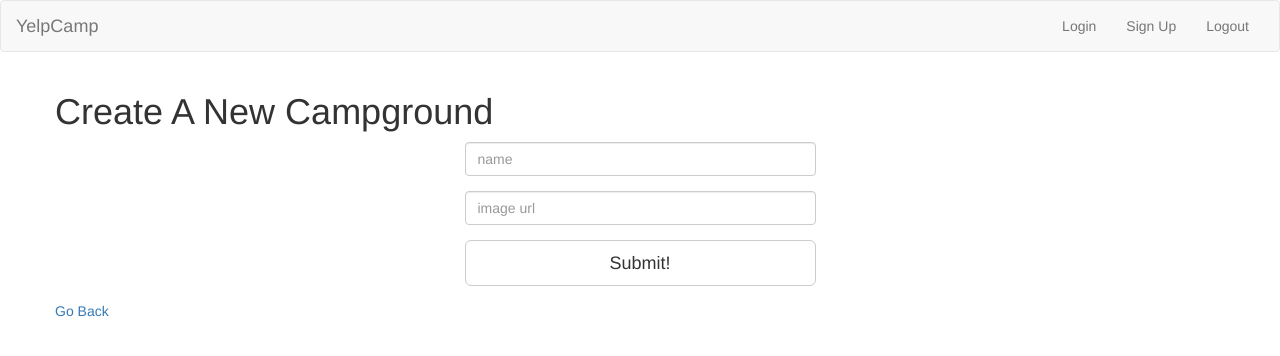
Repository: demioke/web-development-bootcamp
Page: http://localhost/campgrounds/new
The author's editor kept a record of every edit. The page is drawn from the files as they stood at one moment, then again after the next edit.
The browser window is 1280 px wide. The pictures show the whole page.
The page is served by the project's Node server (YelpCamp/v1/app.js).

Above is the page before.

After the next edit:
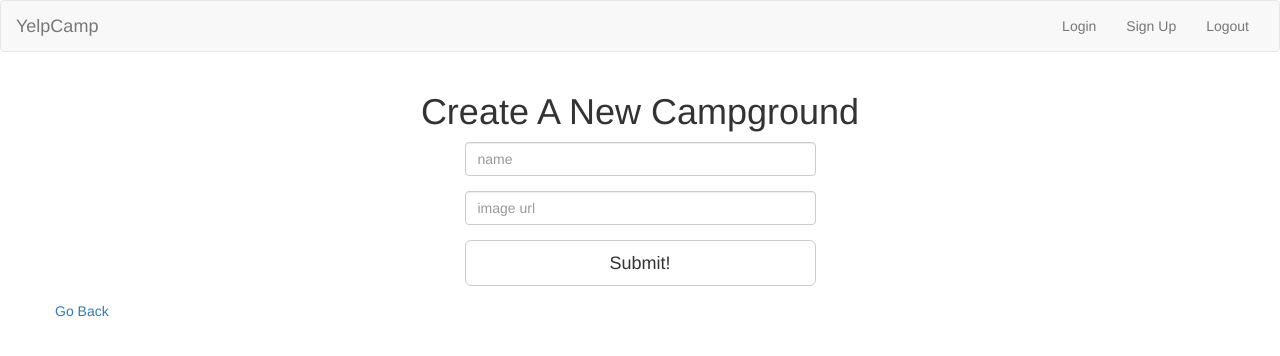
The edit:
--- a/YelpCamp/v1/views/new.ejs
+++ b/YelpCamp/v1/views/new.ejs
@@ -2,7 +2,7 @@
 
 <div class="container">
     <div class="row">
-        <h1>Create A New Campground</h1>
+        <h1 style="text-align: center;">Create A New Campground</h1>
         <div style="width: 30%; margin: 0 auto;">
             <form action="/campgrounds" method="POST">
                 <div class="form-group"> <!--Groups forms but gives us space between each line-->
